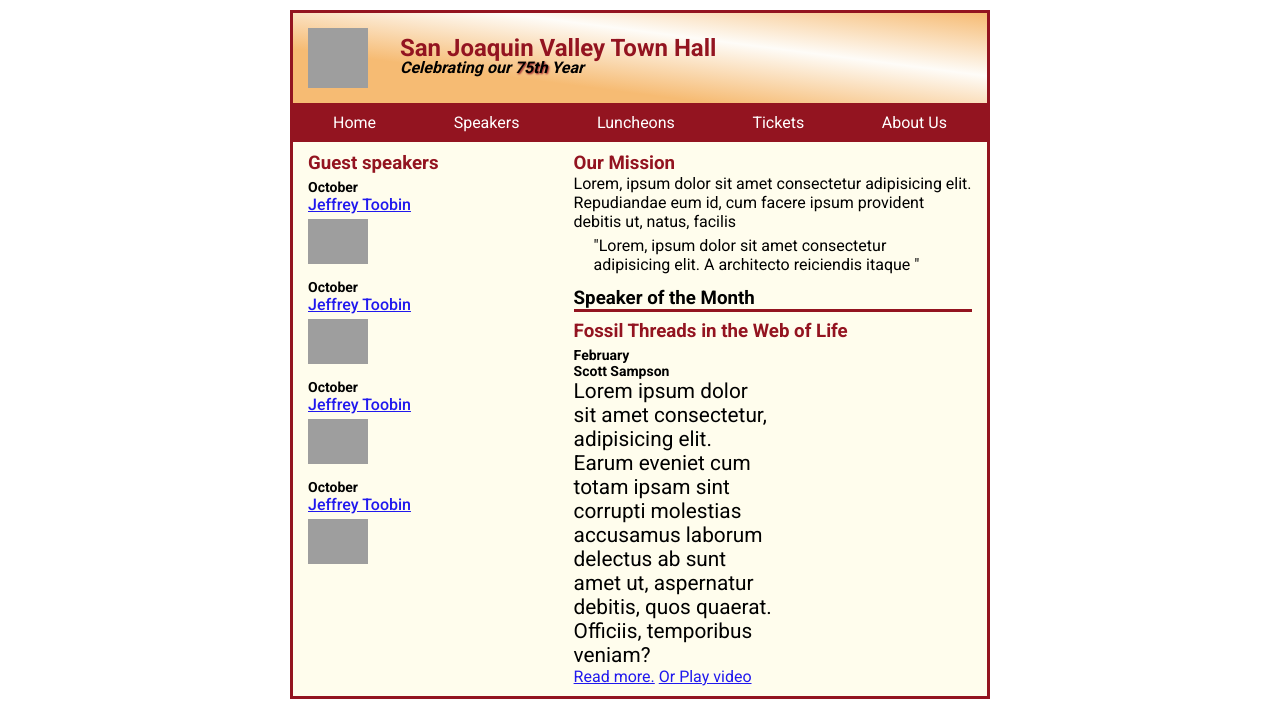
Repository: Mannj-nef/ex-5-6-7-8_IvVettech
Page: index.html
These files come from the project's save history. The page is drawn as it stood at one moment and after the next save; the edit follows.
The browser window is 1280 px wide. The pictures show the whole page.
Pictures or frames that could not be fetched are drawn as grey boxes.

Above is the page before, as saved 2022-03-24 22:39:49.

### index.html
<!DOCTYPE html>
<html lang="en">
  <head>
    <meta charset="UTF-8" />
    <meta http-equiv="X-UA-Compatible" content="IE=edge" />
    <meta name="viewport" content="width=device-width, initial-scale=1.0" />
    <link rel="stylesheet" href="./Asset/style.css" />
    <link rel="preconnect" href="https://fonts.googleapis.com" />
    <link rel="preconnect" href="https://fonts.gstatic.com" crossorigin />
    <link
      href="https://fonts.googleapis.com/css2?family=Roboto:wght@300;400;500;700&display=swap"
      rel="stylesheet"
    />
    <title>Exercise5-6</title>
    <link
      rel="shortcut icon"
      href="https://iviettech.vn/wp-content/themes/viettech/img/front/favicon.ico"
      type="image/x-icon"
    />
  </head>
  <body>
    <div id="app">
      <header id="header">
        <div class="header-top">
          <div class="header-image__wrapper">
            <img
              src="https://source.unsplash.com/random"
              alt=""
              class="header-image"
            />
          </div>
          <div class="header-main">
            <h2 class="header-main__title">San Joaquin Valley Town Hall</h2>
            <p class="header-main__decs">
              Celebrating our
              <span class="header-main__decs-b"
                >75 <span class="header-main__decs-c">th</span>
              </span>
              Year
            </p>
          </div>
        </div>
        <div class="header-nav">
          <ul class="header-nav__list">
            <li class="header-nav__item">
              <a href="" class="header-nav__link">Home</a>
            </li>
            <li class="header-nav__item">
              <a href="" class="header-nav__link">Speakers</a>
            </li>
            <li class="header-nav__item">
              <a href="" class="header-nav__link">Luncheons</a>
            </li>
            <li class="header-nav__item">
              <a href="" class="header-nav__link">Tickets</a>
            </li>
            <li class="header-nav__item">
              <a href="" class="header-nav__link">About Us</a>
            </li>
          </ul>
        </div>
      </header>
      <section id="content">
        <div class="content-left">
          <h3 class="content-title">Guest speakers</h3>

          <div class="content-left__member">
            <p class="content__member-month">October</p>
            <a href="" class="content-left__member-link">Jeffrey Toobin</a>
            <div class="content-left__member-avata-wrapper">
              <img
                src="https://source.unsplash.com/random"
                alt=""
                class="content-left__member-avata"
              />
            </div>
          </div>
          <div class="content-left__member">
            <p class="content__member-month">October</p>
            <a href="" class="content-left__member-link">Jeffrey Toobin</a>
            <div class="content-left__member-avata-wrapper">
              <img
                src="https://source.unsplash.com/random"
                alt=""
                class="content-left__member-avata"
              />
            </div>
          </div>
          <div class="content-left__member">
            <p class="content__member-month">October</p>
            <a href="" class="content-left__member-link">Jeffrey Toobin</a>
            <div class="content-left__member-avata-wrapper">
              <img
                src="https://source.unsplash.com/random"
                alt=""
                class="content-left__member-avata"
              />
            </div>
          </div>
          <div class="content-left__member">
            <p class="content__member-month">October</p>
            <a href="" class="content-left__member-link">Jeffrey Toobin</a>
            <div class="content-left__member-avata-wrapper">
              <img
                src="https://source.unsplash.com/random"
                alt=""
                class="content-left__member-avata"
              />
            </div>
          </div>
        </div>
        <div class="constent-right">
          <div class="constent-right__top">
            <h3 class="content-title">Our Mission</h3>
            <p class="constent-right__desc">
              Lorem, ipsum dolor sit amet consectetur adipisicing elit.
              Repudiandae eum id, cum facere ipsum provident debitis ut, natus,
              facilis
            </p>
            <p class="constent-right__desc-sub">
              "Lorem, ipsum dolor sit amet consectetur adipisicing elit. A
              architecto reiciendis itaque "
            </p>
            <h3 class="constent-right-title">Speaker of the Month</h3>
          </div>
          <div class="constent-right__center">
            <h3 class="content-title">Fossil Threads in the Web of Life</h3>
            <div class="constent-right__center-right">
              <h3 class="content__member-month center-right_title">
                <p>February</p>
                Scott Sampson
              </h3>
              <p class="constent-right__center-desc">
                Lorem ipsum dolor sit amet consectetur, adipisicing elit. Earum
                eveniet cum totam ipsam sint corrupti molestias accusamus
                laborum delectus ab sunt amet ut, aspernatur debitis, quos
                quaerat. Officiis, temporibus veniam?
              </p>
              <a href="" class="constent-right__center-link">Read more.</a>
              <a href="" class="constent-right__center-link">Or Play video</a>
            </div>
          </div>
        </div>
      </section>
    </div>
  </body>
</html>

### Asset/style.css
* {
  margin: 0;
  padding: 0;
  box-sizing: border-box;
}
html {
  font-family: "Roboto", sans-serif;
}
:root {
  --prymary-color: #931420;
  --white-color: #fff;
  --yellow-color: #ebc700;
  --blue-color: #2119ee;
  --size: 60px;
}

#app {
  margin: 10px auto;
  width: 700px;
  border: 3px solid var(--prymary-color);
}

#header {
}
.header-top {
  padding: 15px;
  display: flex;
  align-items: center;
  background-image: linear-gradient(
    to right top,
    #f6bb73 30%,
    #fefcf8,
    #f6bb73
  );
}
.header-image__wrapper {
  width: var(--size);
  height: var(--size);
  margin-right: 2em;
}
.header-image {
  width: 100%;
  height: 100%;
  object-fit: cover;
}
.header-main {
  line-height: 20px;
}
.header-main__title {
  color: var(--prymary-color);
}
.header-main__decs {
  color: #000;
  font-weight: 600;
  font-style: italic;
}
.header-main__decs-b {
  display: inline-flex;
  text-shadow: 1px 1px 2px var(--prymary-color);
}
.header-nav {
  background-color: var(--prymary-color);
}
.header-nav__list {
  list-style: none;
  display: flex;
  justify-content: space-between;
  padding: 0 20px;
}
.header-nav__item {
  padding: 10px 20px;
}
.header-nav__link {
  font-weight: 400;
  text-decoration: none;
  color: var(--white-color);
}
.header-nav__item:hover .header-nav__link {
  color: var(--yellow-color);
}

#content {
  background-color: #fffded;
  padding: 10px 15px;
  display: flex;
}

.content-left {
  width: 40%;
}
.content-title {
  color: var(--prymary-color);
}
.content-left__member {
}
.content__member-month {
  margin-top: 5px;
  font-size: 14px;
  font-weight: 600;
}
.content-left__member-link {
  font-weight: 500;
  color: var(--blue-color);
}
.content-left__member-avata-wrapper {
  width: var(--size);
  height: var(--size);
  display: flex;
  padding-top: 5px;
  padding-bottom: 10px;
}
.content-left__member-avata {
  width: 100%;
  height: 100%;
}
.constent-right {
  width: 60%;
}
.constent-right__desc-sub {
  padding: 5px 20px;
}
.constent-right-title {
  margin: 8px 0;
  font-weight: 600;
  color: #000;
  border-bottom: 3px solid var(--prymary-color);
}

.constent-right__center-right {
  width: 50%;
}
.center-right_title {
  margin-right: 10px;
}
.constent-right__center-desc {
  font-size: 1.3em;
}
.constent-right__center-link {
  color: var(--blue-color);
}

After the next save:
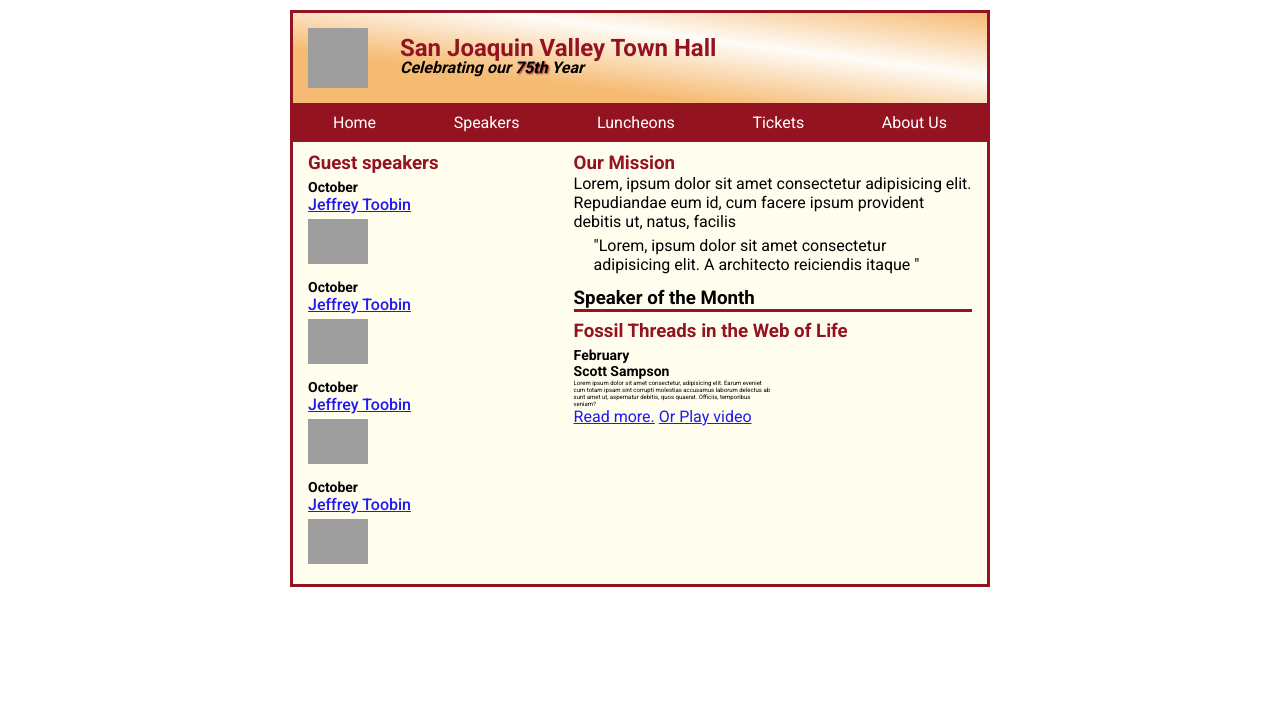
Saved 6 s later.
--- a/Asset/style.css
+++ b/Asset/style.css
@@ -133,7 +133,7 @@
   margin-right: 10px;
 }
 .constent-right__center-desc {
-  font-size: 1.3em;
+  font-size: 0.3em;
 }
 .constent-right__center-link {
   color: var(--blue-color);

After the save that followed:
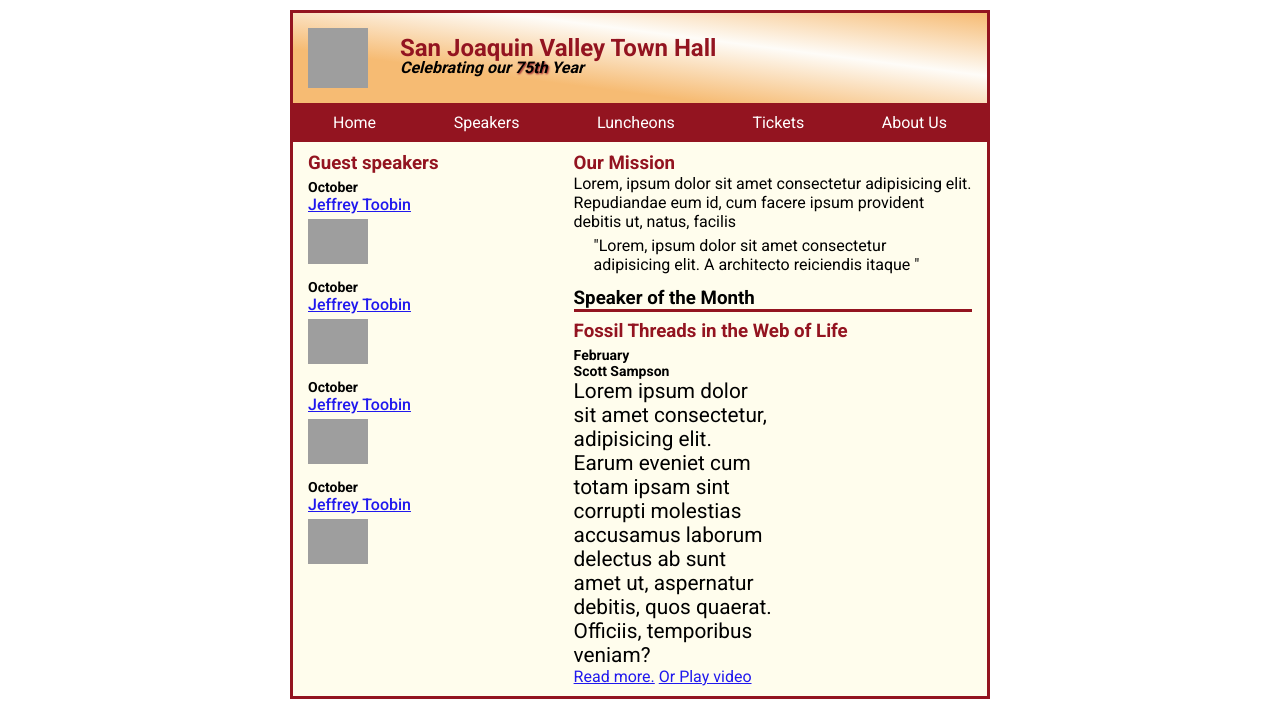
Saved 7 s later.
--- a/Asset/style.css
+++ b/Asset/style.css
@@ -133,7 +133,7 @@
   margin-right: 10px;
 }
 .constent-right__center-desc {
-  font-size: 0.3em;
+  font-size: 1.3rem;
 }
 .constent-right__center-link {
   color: var(--blue-color);
